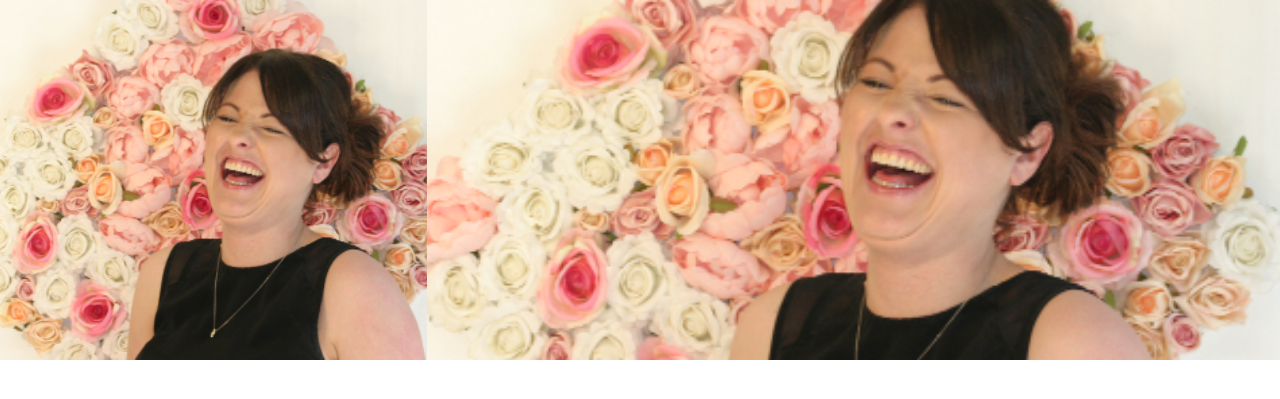
Repository: Gristydesigns/elegance-salon
Page: assets/index.html
The author's editor kept a record of every edit. The page is drawn from the files as they stood at one moment, then again after the next edit.
The browser window is 1280 px wide. The pictures show the whole page.

Above is the page before.

### assets/index.html
<!DOCTYPE html>
<html lang="en">
<head>
    <meta charset="UTF-8">
    <meta name="viewport" content="width=device-width, initial-scale=1.0">
    <meta http-equiv="X-UA-Compatible" content="ie=edge">
    <link rel="stylesheet" href="https://stackpath.bootstrapcdn.com/bootstrap/4.3.1/css/bootstrap.min.css">
    <link rel="stylesheet" href="https://stackpath.bootstrapcdn.com/font-awesome/4.7.0/css/font-awesome.min.css" type="text/css" />
    <link rel="stylesheet" href="assets/css/images/style.css" type="text/css" />
    <title>Document</title>
</head>
<body>
    <header>
        <div class="row no-gutters">
            <a href="index.html" class="col-md-4 logo">

      </a>
            <div class=" col-md-4 logo col-md-8">
                <div class="row no-gutters bg-color-name-title">
                    <div class="col heading">
    </header>
  <section>

  </section>
  <footer>

  </footer>


</body>
</html>

### assets/css/style.css
@import url('https://fonts.googleapis.com/css?family=Roboto&display=swap 100,200,300,400,500,600,700|Exo 100,200,300,400,500,600,700');
/*---------------------------------colors */

.jumbotron {
    background-image: url("images/img_7316.jpg")
    background-size:cover;
}
.bg-color-name-header {
    background-color: #00C3E8;
    background-position: center;
}
.container {
    background-color:#00c3E8;
}
.logo {
    background: url("../images/IMG_7316.JPG");
    background-position: center;
    background-repeat: no-repeat;
    background-size: cover;
    min-height: 360px;
    transition: all .5s ease-in-out;
    -moz-transition: all .5s ease-in-out;
    -webkit-transition: all .5s ease-in-out;
}

After the next edit:
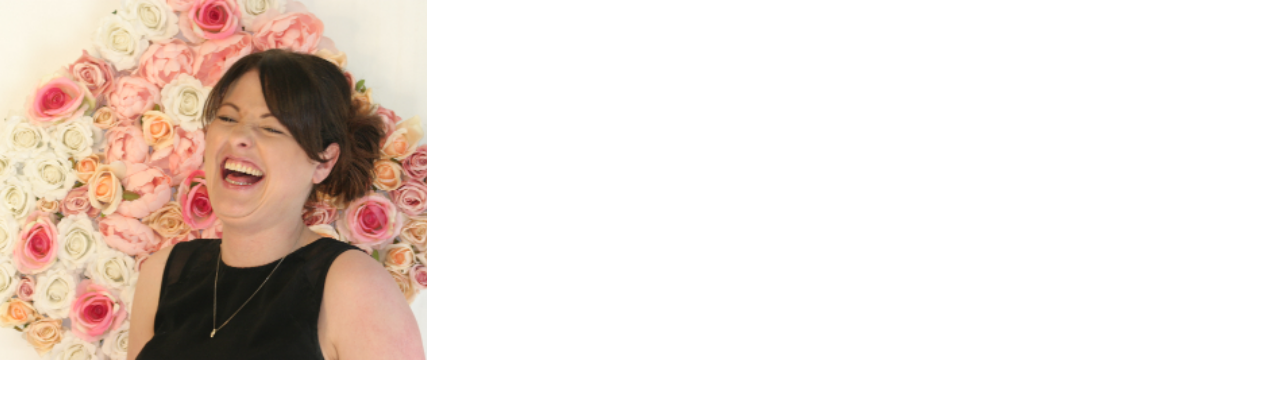
The edit:
--- a/assets/index.html
+++ b/assets/index.html
@@ -15,7 +15,7 @@
             <a href="index.html" class="col-md-4 logo">
 
       </a>
-            <div class=" col-md-4 logo col-md-8">
+            <div class="col-md-8">
                 <div class="row no-gutters bg-color-name-title">
                     <div class="col heading">
     </header>
